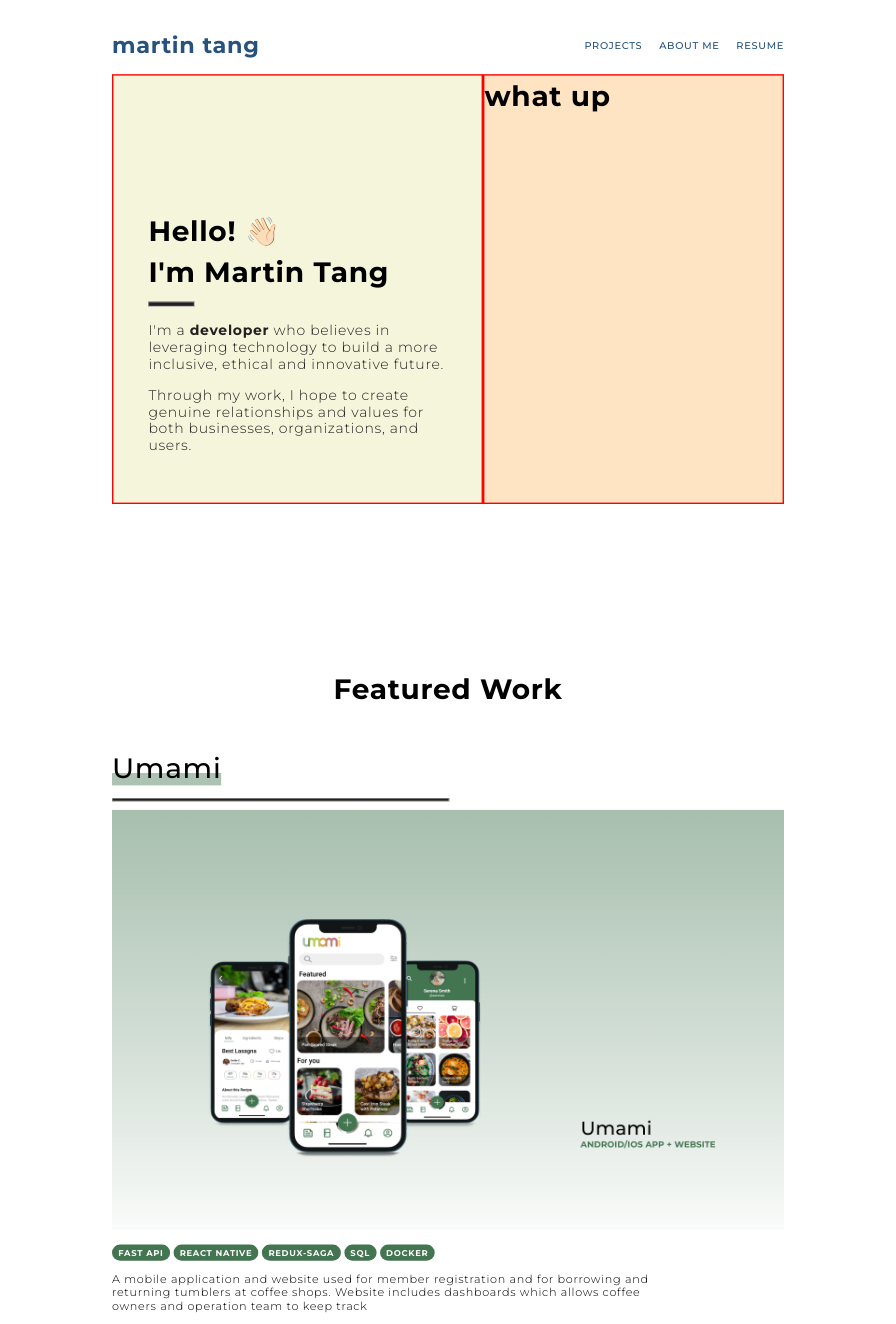
Repository: TangMartin/martintang
Page: index.html
The author's editor kept a copy of each file at every save. The page is drawn from the files as they stood at one save, then again after the next save.
The browser window is 1280 px wide. The pictures show the whole page, at 70% of full size.

Above is the page before, as saved 2021-11-24 00:51:29.

### index.html
<!DOCTYPE html>

<html>
    <head>
        <link href="./styles/style.css" rel="stylesheet">
        <link rel="preconnect" href="https://fonts.googleapis.com">
        <link rel="preconnect" href="https://fonts.gstatic.com" crossorigin>
        <link href="https://fonts.googleapis.com/css2?family=Montserrat:wght@300;500;700&display=swap" rel="stylesheet">
        <title> Martin Tang</title>
    </head>

    <body>
        <div class="topnav">
            <a class="name" href="./index.html" style="font-weight: bold; font-size: 32px;">martin tang</a>
            <a class="tabs" href="./Martin_Tang_Resume.pdf" download>RESUME</a>
            <a class="tabs" href="./pages/aboutme.html">ABOUT ME</a>
            <a class="tabs" href="./pages/projects.html">PROJECTS</a>
        </div>
        <div class="flex-main">
            <div class="flex-left">
                <h1>Hello! <span class="wave">👋🏻</span> </h1>
                <h1>I'm Martin Tang</h1>
                <hr style="height:5px; width:15%; margin-left:0; background-color:#222020; display: inline-block">
                <h3>I'm a <strong>developer</strong> who believes in leveraging technology to build a more inclusive, ethical and innovative future. </h3>
                <h3>Through my work, I hope to create genuine relationships and values for both businesses, organizations, and users.</h3>
            </div>
            <div class="flex-right">
                <h1> what up</h1>
            </div>
        </div>
        <div class="featured_work">
            <!-- Featured Work -->
            <h1 style="text-align: center; padding-top: 5rem;"> Featured Work </h1>
            <ul class="work_list">

                <!-- Umami -->
                <li class="work_item">
                    <h1><span class="highlight" style="--highlighter-color: #ACC2B2">Umami</span></h1>
                    <hr style="height:2.5px; width:50%; margin-left:0; background-color:#222020; display: inline-block">
                    <img class="work_image" src="./assets/images/Umami.png" />
                    <div class="technologies">
                        <p>FAST API</p>
                        <p>REACT NATIVE</p>
                        <p>REDUX-SAGA</p>
                        <p>SQL</p>
                        <p>DOCKER</p>
                    </div>
                    <p class="work_description">
                        A mobile application and website used for member registration and for borrowing and returning tumblers at coffee shops.  Website includes dashboards which allows coffee owners and operation team to keep track
                    </p>
                </li>
            </ul>
        </div>
    </body>
</html>

### styles/style.css
:root {
    --highlighter-color: #EEDF5B;
    --umami-color: #447551;
}

body {
    max-width: 60rem;
    margin-right: auto;
    margin-left: auto;
    width: 80vw;
    padding-top: 2rem;
}

body,
h1,
h2,
h3,
h4,
h5 {
  font-family: 'Montserrat', sans-serif;
  letter-spacing: 1px;
}

h1 {
    font-size: 40px;
    margin: 5px 0px 10px 0px;
}

h3 {
    margin-top: 10px;
    color: #222020;
    font-size: 20px;
    font-weight: 300;
}

/* NAV BAR */
.topnav {
    flex-direction: row;
    margin-bottom: 1rem;
}
.topnav a {
    font-family: 'Montserrat', sans-serif;
    color: #26527D;
    line-height:50px;
    text-decoration: none;
}
.topnav a:hover {
    color: green;
  }
.tabs {
    float: right;
    line-height:50px;
    font-size: 14px;
    padding-left: 24px;
}

/* MAIN PAGE */
.flex-main {
    display: flex;
    flex-direction: row;
}
.flex-left {
    width: 50%;
    padding: 50px;
    padding-top: 12rem;
    background-color: beige;
    border: 2px solid red;
}
.flex-right {
    width: 50%;
    background-color: bisque;
    border: 2px solid red;
}

.wave {
    animation-name: wave-animation;  /* Refers to the name of your @keyframes element below */
    animation-duration: 2.5s;        /* Change to speed up or slow down */
    animation-iteration-count: infinite;  /* Never stop waving :) */
    transform-origin: 70% 70%;       /* Pivot around the bottom-left palm */
    display: inline-block;
  }

  @keyframes wave-animation {
      0% { transform: rotate( 0.0deg) }
     10% { transform: rotate(14.0deg) }  /* The following five values can be played with to make the waving more or less extreme */
     20% { transform: rotate(-8.0deg) }
     30% { transform: rotate(14.0deg) }
     40% { transform: rotate(-4.0deg) }
     50% { transform: rotate(10.0deg) }
     60% { transform: rotate( 0.0deg) }  /* Reset for the last half to pause */
    100% { transform: rotate( 0.0deg) }
  }

/* FEATUERED WORK */
.featured_work {
    margin-top: 10rem;
}
.work_list {
    list-style: none;
    padding-left: 0;
}
.work_item {
    margin-top: 4rem;
}
.work_image {
    max-width: 100%;
}
.work_description {
    margin-top: 5px;
    font-weight: 300;
    width: 80%;
}
.highlight {
    background: linear-gradient(180deg, #FFFFFF 65%, var(--highlighter-color) 65%);
    font-weight: 400;
}
.technologies {
    margin-top: 5px;
    display: flex;
    flex-direction:row;

}
.technologies p {
    font-size: 12px;
    margin-right: 5px;
    color: #FFFFFF;
    font-weight: 600;
    border-radius:15px;
    padding: 4px 9px 4px 9px;
    background: var(--umami-color);
}

After the next save:
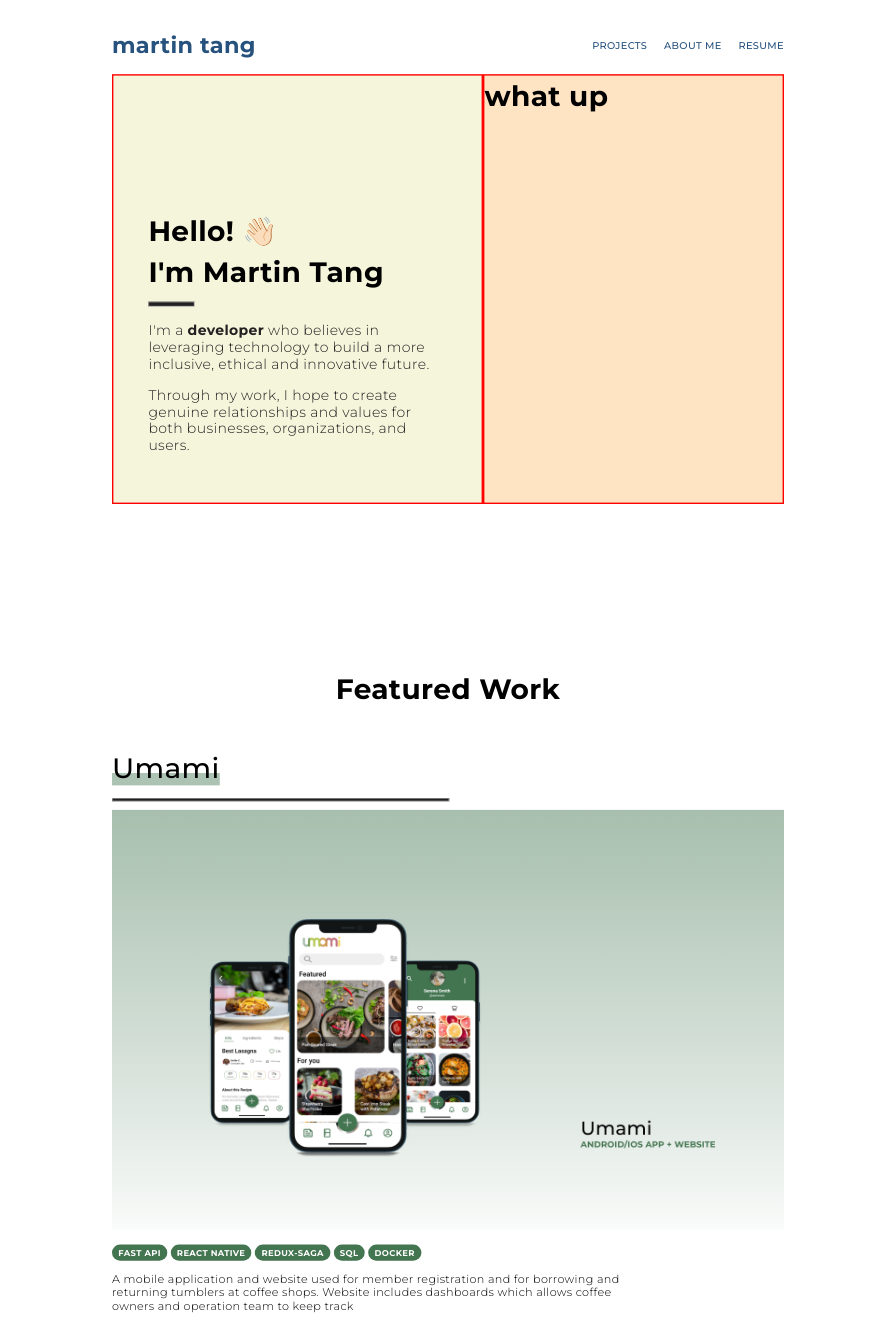
Saved 11 s later.
--- a/styles/style.css
+++ b/styles/style.css
@@ -18,7 +18,7 @@ h3,
 h4,
 h5 {
   font-family: 'Montserrat', sans-serif;
-  letter-spacing: 1px;
+  letter-spacing: 0.5px;
 }
 
 h1 {
